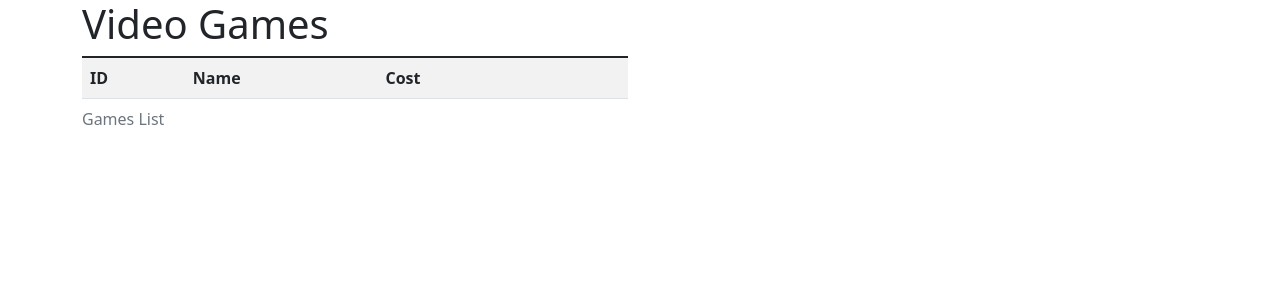
Repository: teban004/COMP1006---W2017
Page: http://localhost/
These files come from the project's save history. The page is drawn as it stood at one moment and after the next save; the edit follows.
The browser window is 1280 px wide. The pictures show the whole page.
The page is run by PHP 8.4 with error messages shown; the project is at /var/www/html/. Queries for data that is not in the repository find no rows.

Above is the page before, as saved 2022-01-04 18:20:07.

### index.php

<!DOCTYPE html>
<html lang="en">
<head>
    <meta charset="utf-8">
    <meta name="viewport" content="width=device-width, initial-scale=1">
    <title>COMP1006</title>
    <!-- CSS Section -->
    <link rel="stylesheet" href="./Scripts/lib/bootstrap/dist/css/bootstrap.min.css"/>
    <!-- <link rel="stylesheet" href="./Scripts/lib/font-awesome/css/fontawesome.css"/> -->
    <link rel="stylesheet" href="https://cdnjs.cloudflare.com/ajax/libs/font-awesome/4.7.0/css/font-awesome.min.css">
    <link rel="stylesheet" href="./Content/app.css"/>
</head>
<body>
    <div class="container">
        <div class="row">
            <div class="col-md-offset-3 col-md-6">
                <h1>Video Games</h1>

                <?php
                    require_once('database.php');

                    $query = "SELECT * FROM Games";
                    $statement = $db->prepare($query);
                    $statement->execute(); // run on the db server
                    $games = $statement->fetchAll(); // returns an array for each row

                ?>

                <table class="table table-striped">
                    <caption>Games List</caption>
                    <tr>
                        <th>ID</th>
                        <th>Name</th>
                        <th>Cost</th>
                        <th></th>
                        <th></th>
                    </tr>

                <?php

                    foreach ($games as $game) {
                        echo "\n<tr>";
                        echo "<td>" . $game['Id'] . "</td>";
                        echo "<td>" . $game['Name'] . "</td>";
                        echo "<td>$" . $game['Cost'] . "</td>";
                        echo '<td><button class="btn btn-primary"><i class="fa fa-pencil-square-o"></i> Edit</button></td>';
                        echo '<td><button class="btn btn-danger"><i class="fa fa-trash-o"></i> Delete</button></td>';
                        echo "</tr>";
                    }

                ?>

                </table>

        </div>
        </div>

    </div>

    <!-- JavaScript Section-->
    <script src="./Scripts/lib/jquery/dist/jquery.min.js"></script>
    <script src="./Scripts/lib/bootstrap/dist/js/bootstrap.min.js"></script>
    <script src="./Scripts/app.js"></script>
</body>
</html>

### database.php
<?php

$dsn = 'mysql:host=localhost;dbname=gameDB';
$userName = 'gameusr';
$password = 'EASportsKonami-2022';

try {
    $db = new PDO($dsn, $userName, $password);
}
catch(PDOException $e) {
    $message = $e->getMessage();
    echo "An error occurred: " . $message;
}


?>

### Content/app.css
/* custom CSS goes here */

### Scripts/app.js
/* custom JavaScript goes here */

Loaded but not shown: Scripts/lib/bootstrap/dist/css/bootstrap.min.css (library); Scripts/lib/jquery/dist/jquery.min.js (library); Scripts/lib/bootstrap/dist/js/bootstrap.min.js (library)

After the next save:
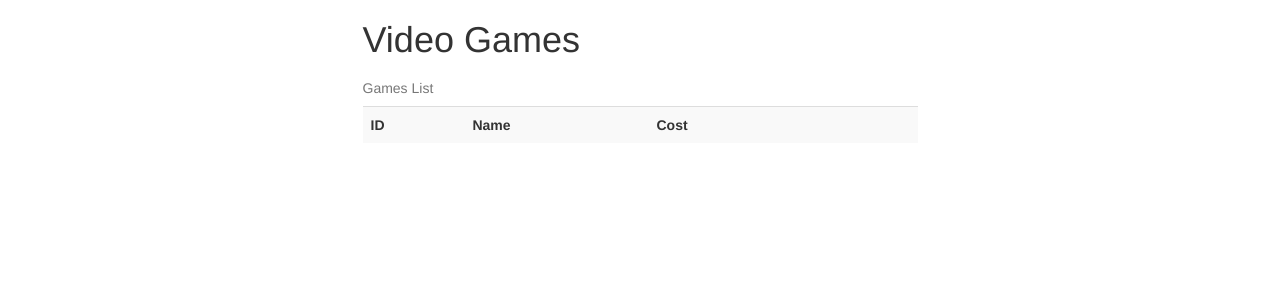
Saved 16 h 11 min later.
--- a/index.php
+++ b/index.php
@@ -6,9 +6,13 @@
     <meta name="viewport" content="width=device-width, initial-scale=1">
     <title>COMP1006</title>
     <!-- CSS Section -->
-    <link rel="stylesheet" href="./Scripts/lib/bootstrap/dist/css/bootstrap.min.css"/>
+
+    <!-- <link rel="stylesheet" href="./Scripts/lib/bootstrap/dist/css/bootstrap.min.css"/> -->
+    <link rel="stylesheet" href="https://maxcdn.bootstrapcdn.com/bootstrap/3.4.1/css/bootstrap.min.css">
+
     <!-- <link rel="stylesheet" href="./Scripts/lib/font-awesome/css/fontawesome.css"/> -->
     <link rel="stylesheet" href="https://cdnjs.cloudflare.com/ajax/libs/font-awesome/4.7.0/css/font-awesome.min.css">
+
     <link rel="stylesheet" href="./Content/app.css"/>
 </head>
 <body>
@@ -59,8 +63,13 @@
     </div>
 
     <!-- JavaScript Section-->
-    <script src="./Scripts/lib/jquery/dist/jquery.min.js"></script>
-    <script src="./Scripts/lib/bootstrap/dist/js/bootstrap.min.js"></script>
+
+    <!-- <script src="./Scripts/lib/jquery/dist/jquery.min.js"></script> -->
+    <script src="https://ajax.googleapis.com/ajax/libs/jquery/3.5.1/jquery.min.js"></script>
+
+    <!-- <script src="./Scripts/lib/bootstrap/dist/js/bootstrap.min.js"></script> -->
+    <script src="https://maxcdn.bootstrapcdn.com/bootstrap/3.4.1/js/bootstrap.min.js"></script>
+
     <script src="./Scripts/app.js"></script>
 </body>
 </html>
